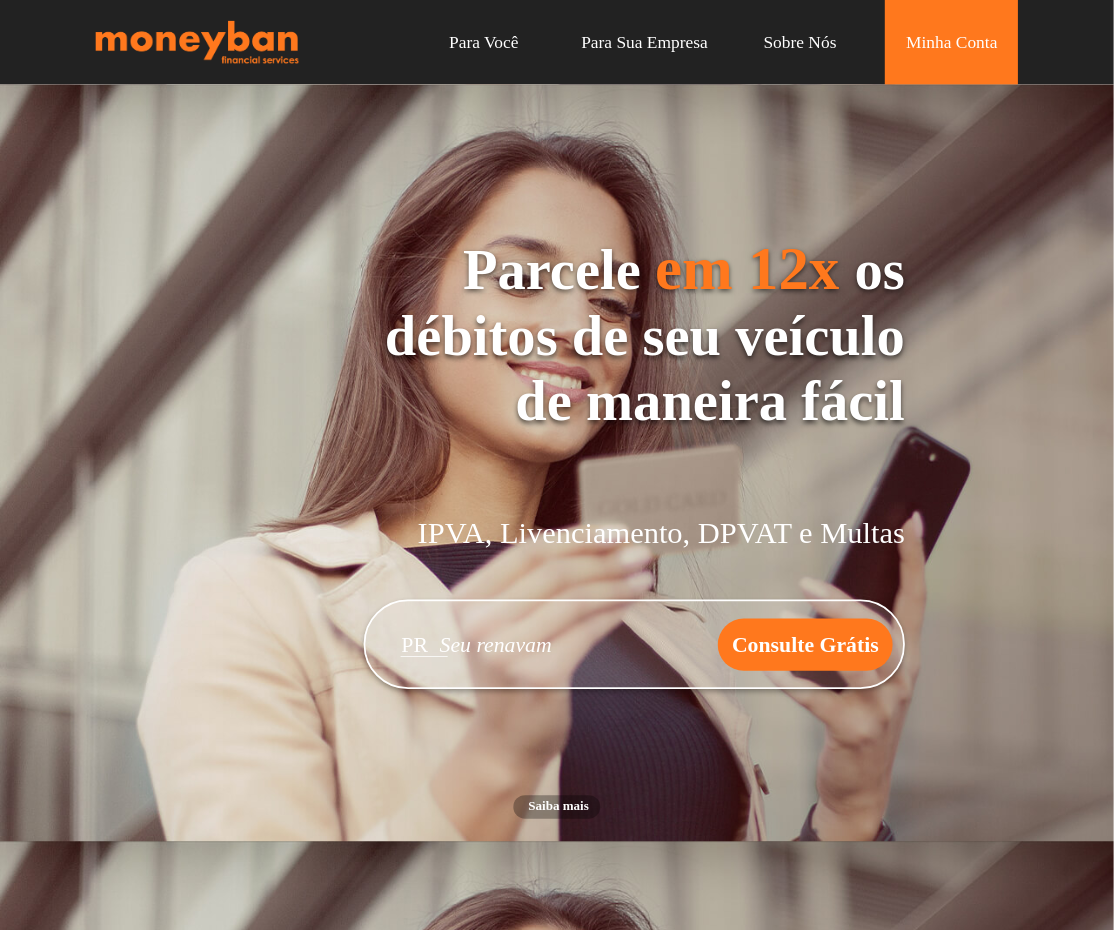
Repository: IvanCardoso91/moneyban
Page: index.html
These files come from the project's save history. The page is drawn as it stood at one moment and after the next save; the edit follows.
The browser window is 1280 px wide. The pictures show the whole page, at 87% of full size.
Some icons come from a web library that is not loaded, so they are not drawn. Some web fonts or font styles are not loaded; a fallback is used.

Above is the page before, as saved 2020-12-17 14:53:19.

### index.html
<!DOCTYPE html>
<html lang="en">

<head>
    <meta charset="UTF-8">
    <meta name="viewport" content="width=device-width, initial-scale=1.0">
    <link rel="stylesheet" href="./style/main-style.css" type="text/css">
    <link href="/Repositorios/site-moneyban/assets/fontawesome-free/css/all.css" rel="stylesheet">
    <title>Moneyban</title>
    <div class="menu-box">
        <div class="site-title">
            <img src="./assets/img/moneyban 3.png" alt="moneyban" width="233" height="49" />
        </div>
        <div class="menu-options">
            <div style="height: 100%; display: flex;align-items: center;">
                <button onclick="myFunction('personal')" class="menu-options-btn menu-options-text">Para Você <i class="fas fa-chevron-down"></i></button>
                <div style="position: absolute; margin-top: 335px;">
                    <div id="myDropdown" class="dropdown-content">
                        <a>Detran Parcelado</a>
                        <a>Credito Pessoal <span>(em breve)</span></a>
                        <a>Conta Digital <span>(em breve)</span></a>
                        <a>Cartão Internacional <span>(em breve)</span></a>
                        <a>Seguro de Celular <span>(em breve)</span></a>
                    </div>
                </div>
            </div>
            <div style="height: 100%; display: flex;align-items: center;">
                <button onclick="myFunction('enterprise')" class="menu-options-btn menu-options-text">Para Sua Empresa <i class="fas fa-chevron-down"></i></button>
                <div style="position: absolute; margin-top: 295px;">
                    <div id="enterpriseDropdown" class="dropdown-content" style="margin-left: 18px;">
                        <a>Detran Parcelado Frota</a>
                        <a>Capital de Giro <span>(em breve)</span></a>
                        <a>Conta Digital <span>(em breve)</span></a>
                        <a>Cartão Internacional <span>(em breve)</span></a>
                    </div>
                </div>
            </div>
            <div style="height: 100%; display: flex;align-items: center;">
                <span class="menu-options-text"><a>Sobre Nós</a></span>
            </div>
            <div class="menu-options-my-account"><a>Minha Conta</a></div>
        </div>
    </div>
</head>

<body>
    <div class="box-img1">
        <div class="right-side-box">
            <span class="right-side-text">Parcele <span style="color: #FF781D !important; font-size: 70px; font-weight: bold"> em 12x </span> os débitos de seu veículo de maneira fácil</span>
        </div>
        <div class="right-side-box2">
            <span class="right-side-text2">IPVA, Livenciamento, DPVAT e Multas</span>
        </div>
        <div class="right-side-box3">
            <form method="post" action="https://consulta.moneyban.com.br/licenciamento.php" name="form">
                <select>
                    <option value="PR">PR</option>
                    <option value="SP">SP</option>
                </select>
                <i class="fa fa-chevron-down"></i>
                <input type="text" placeholder="Seu renavam" id="renavam" name="crenavam" maxlength="11">
                <button type="submit" id="btn-submit">Consulte Grátis</button>
            </form>
        </div>
        <div class="center-know-more">
            <a href="#"><button class="know-more-box">Saiba mais <i class="fas fa-chevron-down"></i></button></a>
        </div>
    </div>





    <script type="text/javascript" src="./script/main-index.js"></script>
</body>

</html>

### style/main-style.css
@font-face {
    font-family: 'Century Gothic';
    src: url('/Repositorios/site-moneyban/assets/fonts/Century_Gothic.ttf')
}

body {
    margin: 0px;
}

a {
    cursor: pointer;
}


/* MENU HEADER */

.menu-box {
    background-color: #222222;
    width: 100%;
    display: flex;
    flex-direction: row;
    justify-content: space-evenly;
    height: 97px;
}

.site-title {
    display: flex;
    align-items: center;
}

.title-text {
    color: #FF781D;
    font-family: 'Century Gothic';
    font-weight: bold;
}

.subtitle-text {
    color: #FF781D;
    font-family: 'Century Gothic';
}

.menu-options {
    display: flex;
    align-items: center;
    justify-content: flex-end;
}

.menu-options-text {
    color: #FFFFFF;
    font-size: 20px;
    font-family: 'Century Gothic';
    margin-left: 56px;
    background-color: #0000;
    border-color: #0000;
    cursor: pointer;
}

.menu-options-text:focus {
    outline: 0;
}

.menu-options-my-account {
    background-color: #FF781D;
    color: #FFFFFF;
    font-size: 20px;
    font-family: 'Century Gothic';
    margin-left: 56px;
    height: 100%;
    display: flex;
    align-items: center;
    padding: 0px 24px;
}

.fa-chevron-down {
    color: #FF781D;
    pointer-events: none;
}


/* FIM DO MENU HEADER */


/* DROPDOWN */

.dropdown {
    position: relative;
    display: inline-block;
}

.dropdown-content {
    display: none;
    font-size: 14px;
    font-family: 'Century Gothic';
    background-color: #222222B3;
    cursor: pointer;
    opacity: 1;
    border: 2px solid transparent;
    border-top-color: #FF781D;
    transition: all 2s ease-in-out;
}

.dropdown-content a {
    color: #FFFFFF !important
}

.dropdown-content span {
    color: #FF781D !important;
    font-size: 10px
}

.dropdown-content a {
    color: black;
    padding: 12px 16px;
    text-decoration: none;
    display: block;
}

.dropdown a:hover {
    background-color: #ddd;
}

.show {
    display: flex;
    flex-direction: column;
    align-content: flex-start;
    width: 292px;
    padding: 15px;
}


/* FIM DO DROPDOWN */


/* PRIMEIRA DIV-IMAGEM */

.box-img1 {
    display: flex;
    flex-direction: column;
    align-items: flex-end;
    height: 870px;
    background-image: url('/Repositorios/site-moneyban/assets/img/bg-home-parcelar-documentos-carro-moto.jpg');
}

.right-side-box {
    margin-top: 172px;
    margin-right: 240px;
    width: 608px;
    height: 321px;
    text-align: right;
}

.right-side-box2 {
    padding: 20px 0px;
    margin-right: 240px;
    width: 608px;
    height: 80px;
    text-align: right;
}

.right-side-box3 {
    margin-right: 240px;
    height: 86px;
    text-align: center;
    background: #FFFFFF26 0% 0% no-repeat padding-box;
    box-shadow: 0px 3px 6px #0000004D;
    border: 2px solid #fff;
    border-radius: 51px;
    padding: 9px 10px 9px 40px;
    display: flex;
    justify-content: center;
    align-items: center;
}

.right-side-text {
    font-size: 65px;
    font-family: 'Century Gothic';
    font-weight: bold;
    color: #FFFFFF;
    text-shadow: 0px 3px 6px #00000099;
}

.right-side-text2 {
    font-size: 35px;
    font-family: 'Century Gothic';
    font-weight: normal;
    color: #FFFFFF;
}

.center-know-more {
    align-self: center;
    height: 17%;
    margin-top: 120px;
}

.know-more-box {
    font-size: 15px;
    font-family: 'Century Gothic';
    font-weight: bold;
    color: #FFFFFF;
    background: #0000004D 0% 0% no-repeat padding-box;
    border-radius: 51px;
    opacity: 1;
    border-color: transparent;
    padding: 4px 13px 6px 17px;
    cursor: pointer;
    outline: 0;
}

select {
    -webkit-appearance: none;
    -moz-appearance: none;
    -o-appearance: none;
    appearance: none;
    width: 55px;
    margin-right: -20px;
    cursor: pointer;
    background-color: #0000;
    outline: none;
    color: #fff;
    font-family: 'Century Gothic';
    font-size: 25px;
    border-color: #0000;
    padding-right: 21px;
    border: -2px;
    border-bottom: solid 1px;
}

option {
    color: #000;
}

select::-ms-expand {
    display: none;
}

#renavam {
    background-color: transparent;
    border-color: transparent;
    padding: 10px 0px 4px 4px;
    color: #FFFFFF;
    font-family: 'Century Gothic';
    font-size: 25px;
    outline: 0;
}

#renavam::placeholder {
    color: #FFFFFF;
    font-family: 'Century Gothic';
    font-size: 25px;
    font-style: italic;
}

#btn-submit {
    background: #FF781D 0% 0% no-repeat padding-box;
    border-radius: 51px;
    opacity: 1;
    outline: 0;
    padding: 16px;
    border-color: #0000;
    color: #fff;
    font-family: 'Century Gothic';
    font-size: 25px;
    font-weight: bold;
    cursor: pointer;
}


/* FIM PRIMEIRA DIV-IMAGEM */


/* INICIO SEGUNDA DIV-IMAGEM */

.box-img1 {
    display: flex;
    flex-direction: column;
    align-items: flex-end;
    height: 972px;
    background-image: url('/Repositorios/site-moneyban/assets/img/bg-home-parcelar-documentos-carro-moto.jpg');
}

### script/main-index.js
function myFunction(option) {
    if (option === 'personal') {
        document.getElementById("myDropdown").classList.toggle("show");
        document.getElementById("enterpriseDropdown").classList.remove("show")
    } else {
        document.getElementById("enterpriseDropdown").classList.toggle("show");
        document.getElementById("myDropdown").classList.remove("show");
    }

}

// Close the dropdown if the user clicks outside of it
window.onclick = function(event) {
    if (!event.target.matches('.menu-options-btn')) {
        var dropdowns = document.getElementsByClassName("dropdown-content");
        var i;
        for (i = 0; i < dropdowns.length; i++) {
            var openDropdown = dropdowns[i];
            if (openDropdown.classList.contains('show')) {
                openDropdown.classList.remove('show');
            }
        }
    }
}

// NAO ESQUECER DE ADICIONAR O MÉTODO POST
{
    /* <form method="post" action="https://consulta.moneyban.com.br/licenciamento.php" name="form">
    	<input type="text" placeholder="Nome Completo" name="cnome">
    	<input type="email" placeholder="E-mail" name="cemail">
    	<input type="tel" placeholder="Telefone" name="cphone">
    	<input type="text" placeholder="Renavam" id="renavam" name="crenavam" maxlength="11">
    	<input type="hidden" name="cparceiro" value="">
    	<input type="hidden" name="cuf" value="PR">
    	<button type="submit" >Consultar Grátis</button>
    </form> */
}

After the next save:
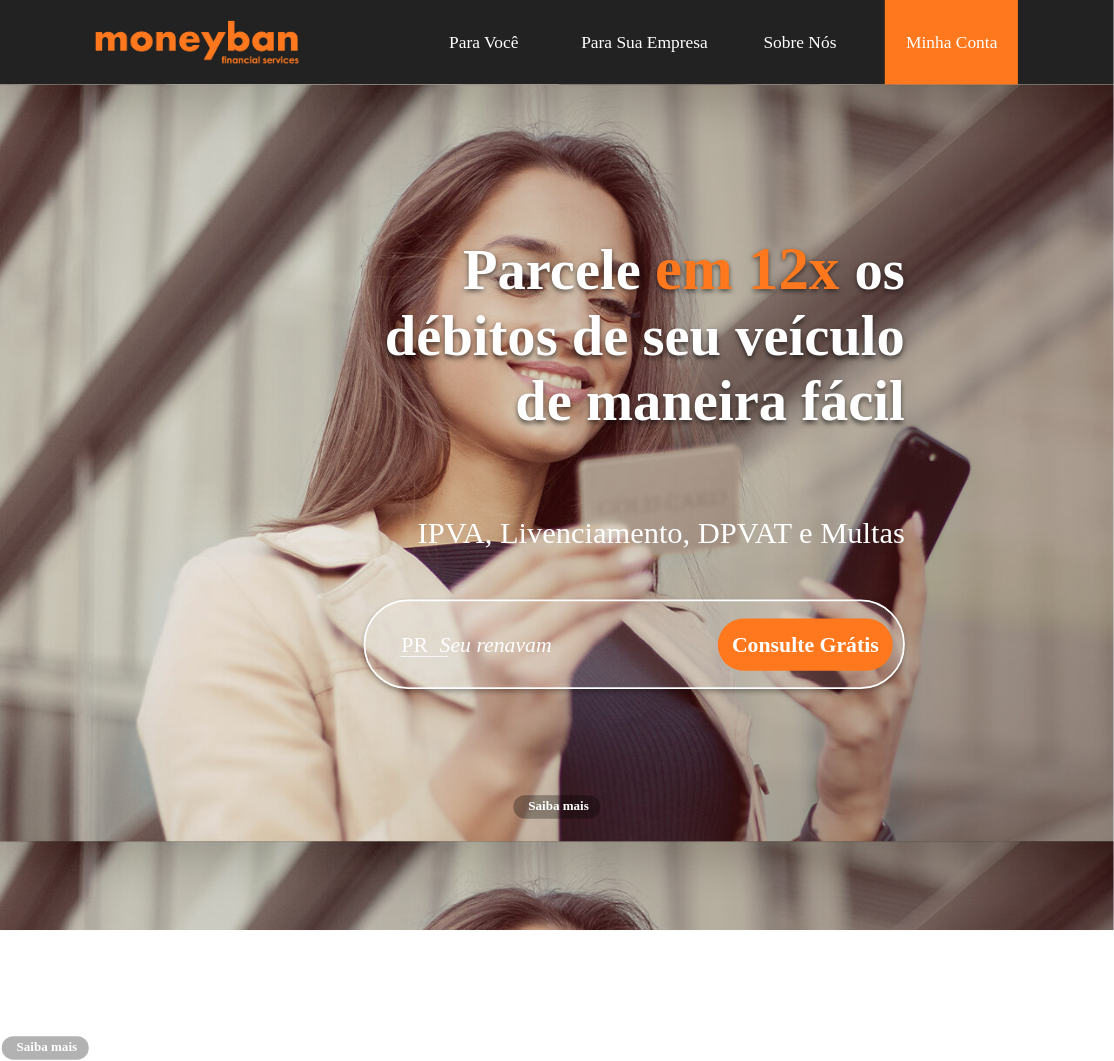
Saved 10 s later.
--- a/index.html
+++ b/index.html
@@ -66,6 +66,12 @@
             <a href="#"><button class="know-more-box">Saiba mais <i class="fas fa-chevron-down"></i></button></a>
         </div>
     </div>
+    <div class="box-img2">
+
+        <div class="center-know-more">
+            <a href="#"><button class="know-more-box">Saiba mais <i class="fas fa-chevron-down"></i></button></a>
+        </div>
+    </div>
 
 
 
